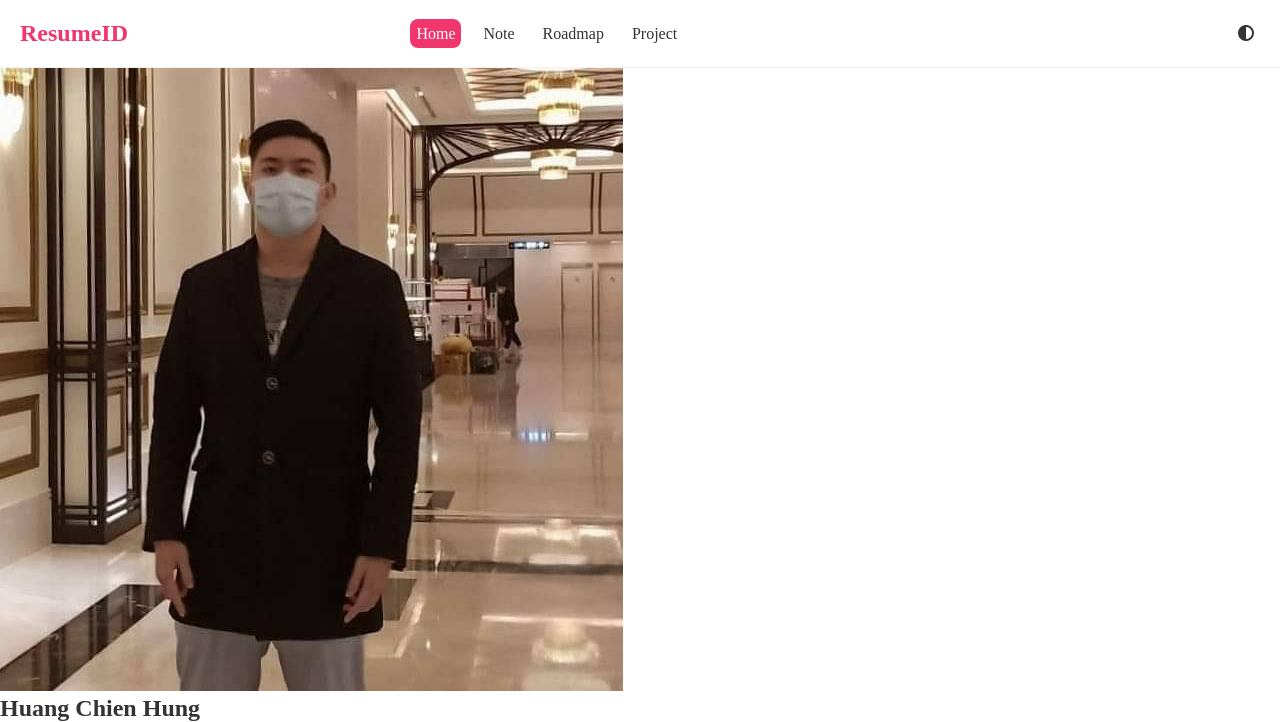
Repository: leo-play-code/ResumeID
Page: /
The author's editor kept a copy of each file at every save. The page is drawn from the files as they stood at one save, then again after the next save.
The browser window is 1280 px wide. The pictures show the whole page.
Some web libraries are served in a nearby version. The project was rebuilt for these pictures with package versions that can differ from the ones it lists, and the page was loaded fresh each time. Also part of the build but not shown: src/Note/Note.js, src/Roadmap/Roadmap.js, src/Project/Project.js.

Above is the page before, as saved 2022-10-18 14:13:22.

After the next save:
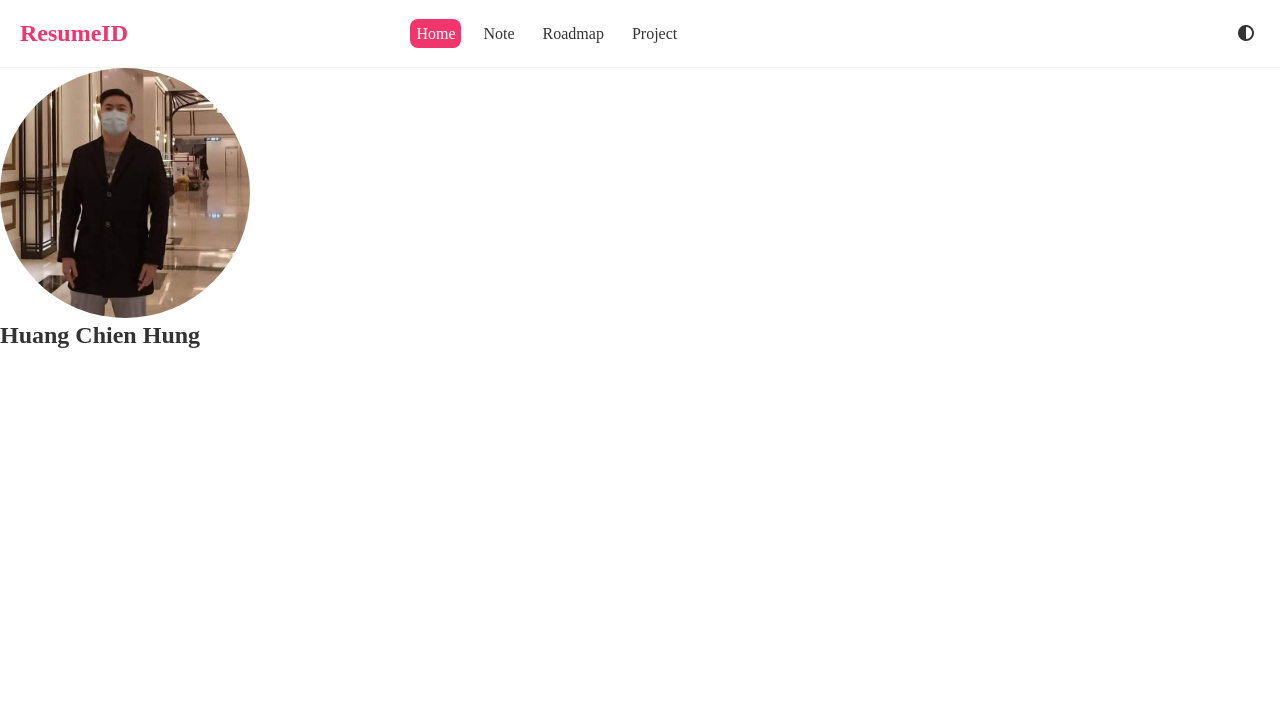
Saved 13 s later.
--- a/src/index.css
+++ b/src/index.css
@@ -45,7 +45,7 @@
 .Home .profile-container{
 
 }
-.Home .profile-container img{
+.Home .profile img{
   border-radius: 50%;
   max-width: 250px;
 }
